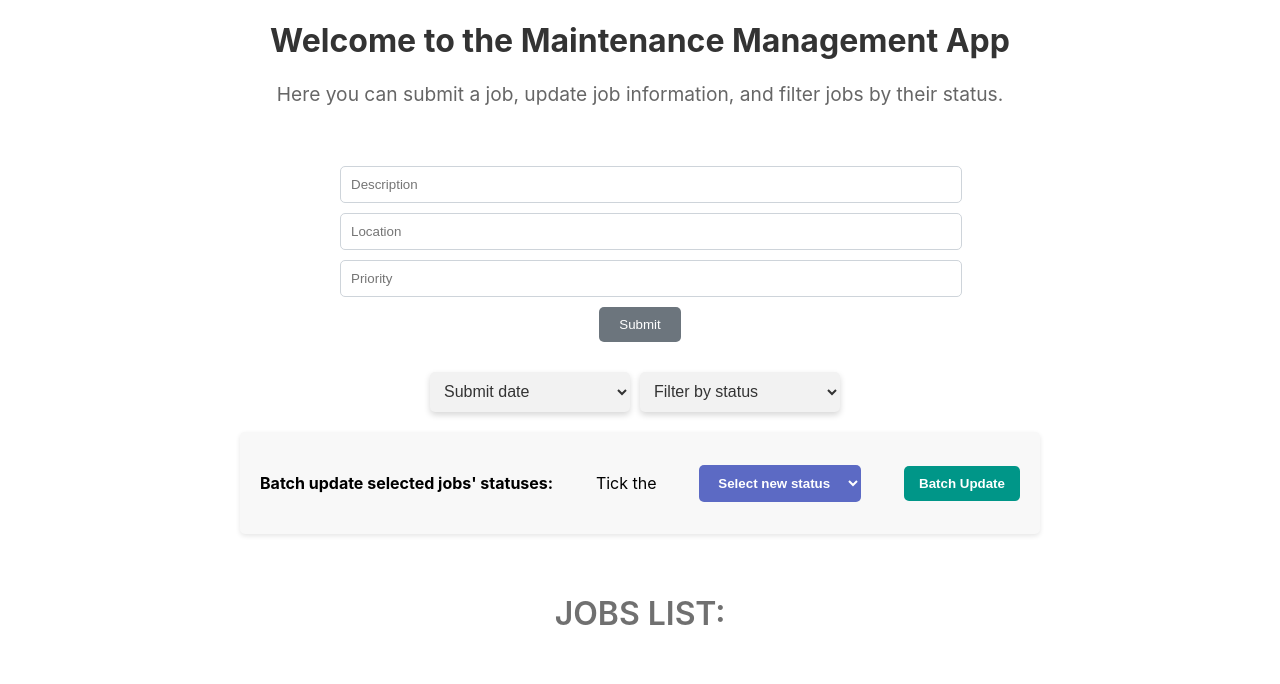
Repository: mikasteyn999/Maintenance-Manager-App
Page: / (app in frontend/)
These files come from the project's save history. The page is drawn as it stood at one moment and after the next save; the edit follows.
The browser window is 1280 px wide. The pictures show the whole page.
The page's requests for data from a server got no answer. The project was rebuilt for these pictures with package versions that can differ from the ones it lists, and the page was loaded fresh each time. No one was signed in, and anything a server would have sent is missing. Also part of the build but not shown: frontend/src/style/Job.css, frontend/src/components/Job.js, frontend/src/style/JobUpdateForm.css, frontend/src/components/JobUpdateForm.js.

Above is the page before, as saved 2023-06-05 16:49:34.

### frontend/src/App.js
// Import necessary libraries and components
import React from 'react';
import Router from './Router';
import './style/App.css'

// Define the App component
// This component uses the Router component to handle routing
const App = () => {
  return (
    <div className="app">
      <h1 className="app-title">Welcome to the Maintenance Management App</h1> {/* Welcome title */}
      <p className="app-instructions">Here you can submit a job, update job information, and filter jobs by their status.</p> {/* Instructions */}
      <Router /> {/* Use Router component for handling routes */}
    </div>
  );
}

// Export the App component
export default App;

### frontend/src/Router.js
// Import necessary libraries and components
import React from 'react';
import { BrowserRouter as Router, Route, Routes } from 'react-router-dom';
import Home from './components/Home';
import JobForm from './components/JobForm';
import JobsList from './components/JobsList';
import JobUpdateForm from './components/JobUpdateForm'

// Define the Router component
// This component defines the routes for the React app
// The Home component (which contains both the JobForm and JobsList components) is displayed when the path is exactly "/"
// The JobForm component is displayed when the path is "/submit"
// The JobsList component is displayed when the path is "/jobs"
const AppRouter = () => {
    return (
        <Router>
            <Routes>
                <Route path="/" element={<Home />} /> {/* Home route */}
                <Route path="/submit" element={<JobForm />} /> {/* Job submission route */}
                <Route path="/jobs" element={<JobsList />} /> {/* Jobs listing route */}
                <Route path="/edit/:id" element={<JobUpdateForm />} />
            </Routes>
        </Router>
    );
};

// Export the Router component
export default AppRouter;

### frontend/src/style/App.css
/* App.css */

.app {
  text-align: center;
}

.app-title {
  font-size: 2em;
  color: #333;
  text-align: center;
}

.app-instructions {
  font-size: 1.2em;
  color: #666;
  margin-bottom: 20px;
  text-align: center;
}

/* style the form container */
.app .job-form {
  max-width: 600px;  /* limit the width */
  margin: 0 auto;   /* center the form */
  padding: 20px;    /* add some padding */
}

/* style the jobs list container */
.app .jobs-list {
  max-width: 800px;  /* limit the width */
  margin: 0 auto;   /* center the jobs list */
  padding: 20px;    /* add some padding */
}

### frontend/src/components/Home.js
// Import necessary components
import React from 'react';
import JobsList from './JobsList';

// Define the Home component
// This component contains the job submission form and job listings
const Home = () => {
  return (
    <div className="home">
      <JobsList /> {/* Job listings */}
    </div>
  );
}

// Export the Home component
export default Home;

### frontend/src/components/JobForm.js
// Import React
import React, { useState } from 'react';
import '../style/JobForm.css'; // Import the CSS

// Define the JobForm component. This component will contain a form that allows users to submit a new job.
// The component has a local state, job, which is updated every time the user types in one of the form inputs.
// The handleChange function updates the job state.
// The handleSubmit function makes a POST request to the /jobs route to submit the new job.
const JobForm = (props) => {
  const [job, setJob] = useState({ description: '', location: '', priority: '' });

  // Adding new state variable for error message.
  const [error, setError] = useState('');

  const handleChange = (e) => {
    setJob({ ...job, [e.target.name]: e.target.value });
  };

  const handleSubmit = async (e) => {
    e.preventDefault();

    // Adding form validation. Check that all fields are filled and priority is a number.
    if (!job.description || !job.location || !job.priority) {
      setError('Please fill in all fields'); // Set error message
      return; // Stop the function
    }
    if (isNaN(job.priority)) {
      setError('Priority must be a number'); // Set error message
      return; // Stop the function
    }

    try {
      const response = await fetch('http://localhost:5000/api/jobs', {
        method: 'POST',
        headers: {
          'Content-Type': 'application/json',
        },
        body: JSON.stringify(job),
      });
      if (!response.ok) {
        throw new Error(`HTTP error! status: ${response.status}`);
      }
      const newJob = await response.json();
      console.log("New Job:", newJob);  // log new job
      props.addNewJob(newJob); // add the new job to the jobs list
      setError(''); // Clear the error message if the job was successfully added
    } catch (err) {
      setError('An error occurred when submitting the job'); // Set error message
    }
  };

  // In the return statement, a new paragraph is added to display any error messages
  return (
    <form className="job-form" onSubmit={handleSubmit}>
      {error && <p className="error">{error}</p>} {/* Display error message if there is one */}
      <input type="text" name="description" value={job.description} onChange={handleChange} placeholder="Description" />
      <input type="text" name="location" value={job.location} onChange={handleChange} placeholder="Location" />
      <input type="text" name="priority" value={job.priority} onChange={handleChange} placeholder="Priority" />
      <button type="submit">Submit</button>
    </form>
  );
};

export default JobForm;

### frontend/src/components/JobsList.js
// Import necessary modules
import React, { useEffect, useState } from 'react';
import Job from './Job';
import JobForm from './JobForm';
import '../style/JobsList.css';

// Define the JobsList component
const JobsList = () => {
  // Initialize state variables
  const [jobs, setJobs] = useState([]);
  const [sortOrder, setSortOrder] = useState("date"); // Default sort order is by date
  const [selectedJobs, setSelectedJobs] = useState([]);
  const [filterStatus, setFilterStatus] = useState("");

  // Fetch jobs function
  const fetchJobs = async () => {
    let url = `http://localhost:5000/api/jobs?sort=${sortOrder}`;
    if (filterStatus) url += `&status=${filterStatus}`; // Add status query parameter if a status filter is selected
    const response = await fetch(url);
    const data = await response.json();
    setJobs(data.filter(job => job.status !== 'Archived')); // Filter out archived jobs
  };

  // Fetch jobs when the component is first rendered and when sortOrder or filterStatus changes
  useEffect(() => {
    fetchJobs();
  }, [sortOrder, filterStatus]);

  // Update sort order
  const handleSortChange = (event) => {
    setSortOrder(event.target.value);
  };

    // Batch update function
    const handleBatchUpdate = async () => {
      const status = document.getElementById('batchStatusUpdate').value;
      if (!status) {
        console.error('No status selected for batch update');
        return;
      }
      if (selectedJobs.length === 0) {
        console.error('No jobs selected for batch update');
        return;
      }
      try {
        const response = await fetch('http://localhost:5000/api/jobs/batch', {
            method: 'PUT',
            headers: {
                'Content-Type': 'application/json',
            },
            body: JSON.stringify({ jobIds: selectedJobs, status }),
        });

        if (response.ok) {
          console.log('Batch update successful');
          setSelectedJobs([]); // Clear selected jobs after successful update
          // Here, fetch the jobs again
          fetchJobs();
        } else {
          console.error('Failed to batch update jobs');
        }
      } catch (error) {
        console.error(`An error occurred: ${error}`);
      }
    };

    // Function to handle archive
    const handleArchive = async (jobId) => {
      try {
        const response = await fetch(`http://localhost:5000/api/jobs/archive/${jobId}`, {
          method: 'PUT',
        });

        if (!response.ok) {
          console.error('Failed to archive job');
        } else {
          setJobs(jobs.filter(job => job._id !== jobId)); // Remove the archived job from the local state
        }
      } catch (error) {
        console.error(`An error occurred: ${error}`);
      }
    };

    // Pass handleArchive as a prop to the Job component
    {jobs.map((job) => (
      <Job key={job._id} job={job} handleArchive={handleArchive} selectedJobs={selectedJobs} setSelectedJobs={setSelectedJobs} />
    ))}

    const addNewJob = (newJob) => {
      console.log("addNewJob called with:", newJob);  // log input to addNewJob
      setJobs([newJob, ...jobs]);
    };


    return (
      <div className='jobs-list'>

        {/* Add JobForm here */}
        <JobForm addNewJob={addNewJob} />

        {/* Add sort order dropdown */}
        <select className='select-sort' value={sortOrder} onChange={handleSortChange}>
          <option value="">Sort by</option>
          <option value="date">Submit date</option>
          <option value="status">Status</option>
        </select>

        {/* Add status filter dropdown */}
        <select className='select-filter' value={filterStatus} onChange={(e) => setFilterStatus(e.target.value)}>
          <option value="">Filter by status</option>
          <option value="Submitted">Submitted</option>
          <option value="In Progress">In Progress</option>
          <option value="Completed">Completed</option>
        </select>

        {/* Batch update */}
        <div className='batch-update'>
          <h4>Batch update selected jobs' statuses:</h4>
          <p>Tick the</p>
          <select id="batchStatusUpdate" name="batchStatusUpdate">
            <option value="">Select new status</option>
            <option value="Submitted">Submitted</option>
            <option value="In Progress">In Progress</option>
            <option value="Completed">Completed</option>
          </select>
          <button onClick={handleBatchUpdate}>Batch Update</button>
        </div>

        <div className='jobs-header'>JOBS LIST:</div>

        {/* List the jobs */}
        {jobs.map((job) => (
          <Job key={job._id} job={job} handleArchive={handleArchive} selectedJobs={selectedJobs} setSelectedJobs={setSelectedJobs} />
        ))}
      </div>
    );
};

export default JobsList;

### frontend/src/style/JobForm.css
.job-form {
    margin-bottom: 20px;
}

.job-form input {
    display: block;
    width: 100%;
    padding: 10px;
    margin-bottom: 10px;
    border: 1px solid #ced4da;
    border-radius: 5px;
}

.job-form button {
    padding: 10px 20px;
    border: none;
    border-radius: 5px;
    background-color: #6c757d;
    color: #fff;
    cursor: pointer;
}

### frontend/src/style/JobsList.css
.jobs-list {
    max-width: 600px;
    margin: 0 auto;
    padding: 20px;
}

.jobs-header {
    font-size: xx-large;
    padding: 5%;
    font-weight: 600;
    color: rgb(112, 112, 112);
}

/* Style the select element */
.select-sort {
    width: 200px;
    height: 40px;
    border: none;
    border-radius: 5px;
    padding: 5px 10px;
    margin-bottom: 20px;
    box-shadow: 0 3px 6px 0 rgba(0,0,0,0.16);
    font-size: 16px;
    color: #333;
    background-color: #f2f2f2;
    transition: background-color 0.3s ease;
}

/* Style the options inside the select element */
.select-sort option {
    color: #333;
    background-color: #f2f2f2;
}

/* Change the background color of the select when it's focused */
.select-sort:focus {
    background-color: #e6e6e6;
}

.batch-update {
    display: flex;
    align-items: center;
    justify-content: space-between;
    padding: 20px;
    margin-bottom: 20px;
    background-color: #f8f8f8;
    border-radius: 5px;
    box-shadow: 0 2px 5px rgba(0,0,0,0.1);
}

.batch-update select,
.batch-update button {
    padding: 10px 15px;
    border: none;
    border-radius: 5px;
    background-color: #5c6ac4;
    color: white;
    font-weight: bold;
    cursor: pointer;
}

.batch-update button {
    background-color: #009688;
}

.batch-update button:hover {
    background-color: #00796b;
}

/* Style the select element */
.select-filter {
    width: 200px;
    height: 40px;
    border: none;
    border-radius: 5px;
    padding: 5px 10px;
    margin-bottom: 20px;
    box-shadow: 0 3px 6px 0 rgba(0,0,0,0.16);
    font-size: 16px;
    color: #333;
    background-color: #f2f2f2;
    transition: background-color 0.3s ease;
    margin: 10px;
}

/* Style the options inside the select element */
.select-filter option {
    color: #333;
    background-color: #f2f2f2;
}

Loaded but not shown: frontend/public/index.html (common file); frontend/src/index.js (common file); frontend/src/index.css (common file); frontend/src/reportWebVitals.js (common file)

After the next save:
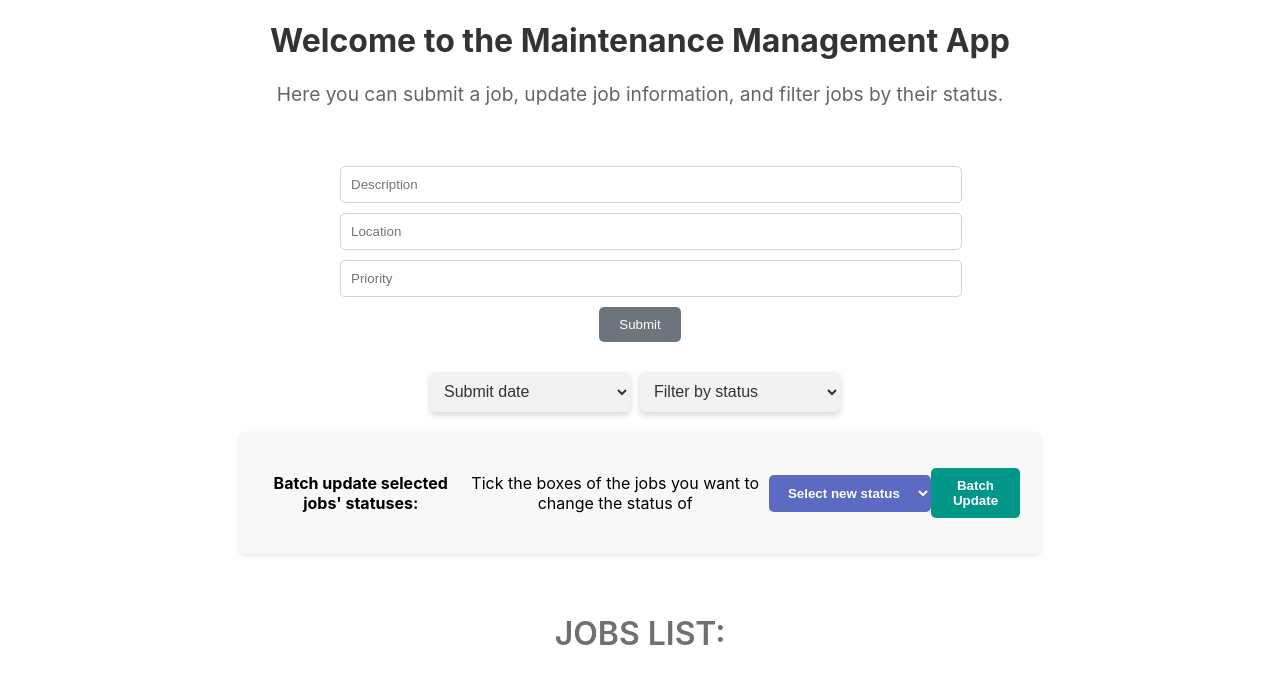
Saved 21 s later.
--- a/frontend/src/components/JobsList.js
+++ b/frontend/src/components/JobsList.js
@@ -116,7 +116,7 @@ const JobsList = () => {
         {/* Batch update */}
         <div className='batch-update'>
           <h4>Batch update selected jobs' statuses:</h4>
-          <p>Tick the</p>
+          <p>Tick the boxes of the jobs you want to change the status of</p>
           <select id="batchStatusUpdate" name="batchStatusUpdate">
             <option value="">Select new status</option>
             <option value="Submitted">Submitted</option>
